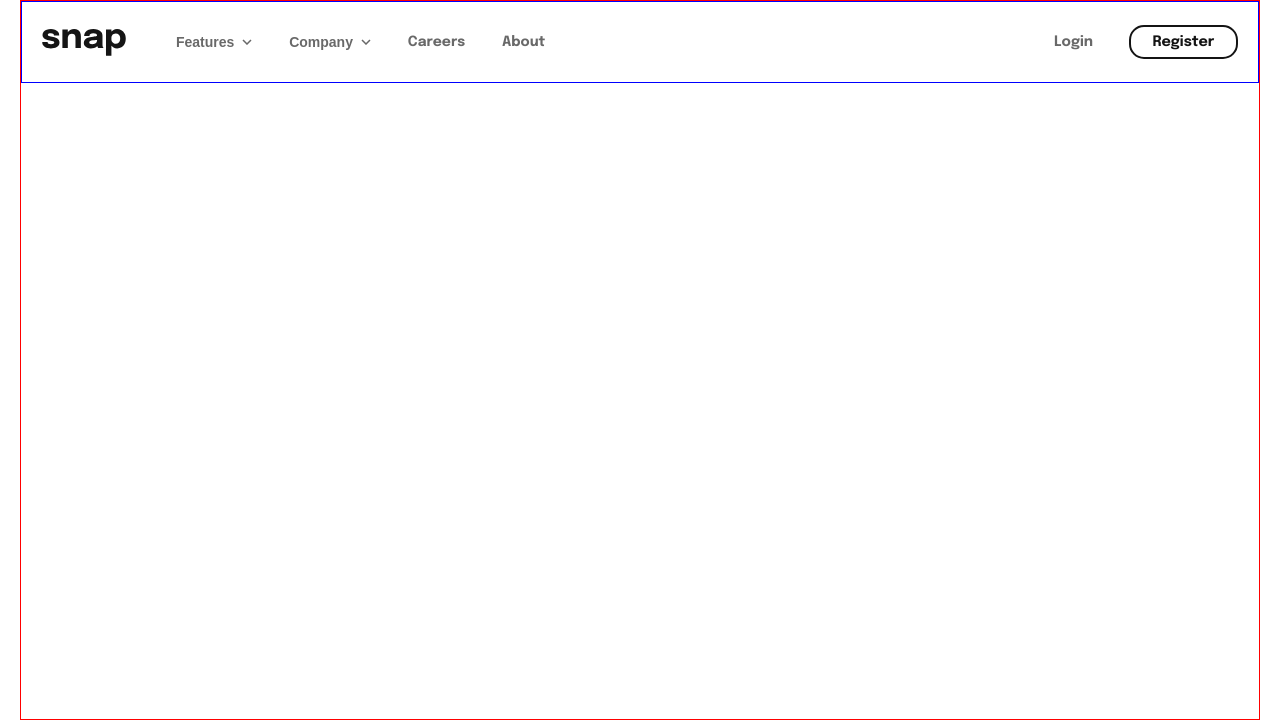
Repository: KamoliddinGIT/intro-section-with-dropdown
Page: index.html
An editor plug-in stored every save of this project. The page is shown before and after the next save, followed by the edit.
The browser window is 1280 px wide. The pictures show the whole page.

Above is the page before, as saved 2023-09-20 21:20:48.

After the next save:
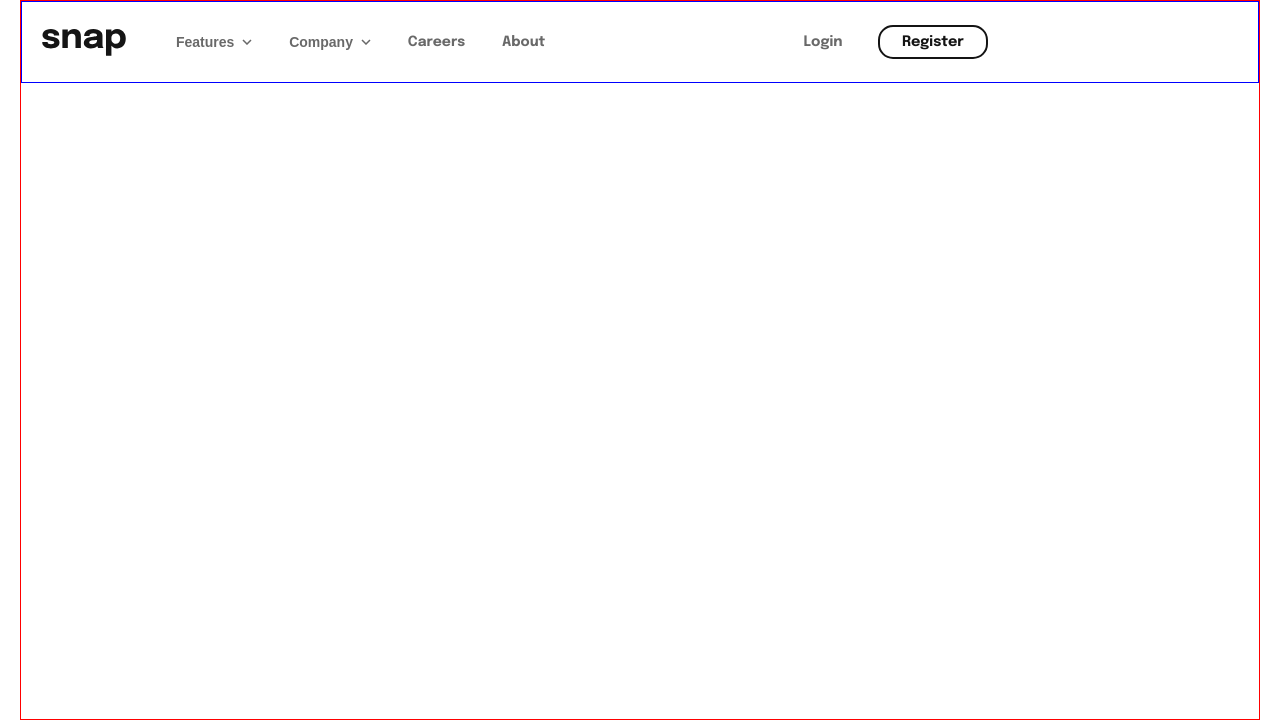
Saved 29 s later.
--- a/index.html
+++ b/index.html
@@ -68,6 +68,11 @@
             <a href="#" class="login">Login</a>
             <a href="#" class="register">Register</a>
           </div>
+          <div class="hamburgers" onclick="burger()">
+            <div class="burger__1" id="b1"></div>
+            <div class="burger__1" id="b2"></div>
+            <div class="burger__1" id="b3"></div>
+          </div>
         </div>
       </div>
     </div>

After the save that followed:
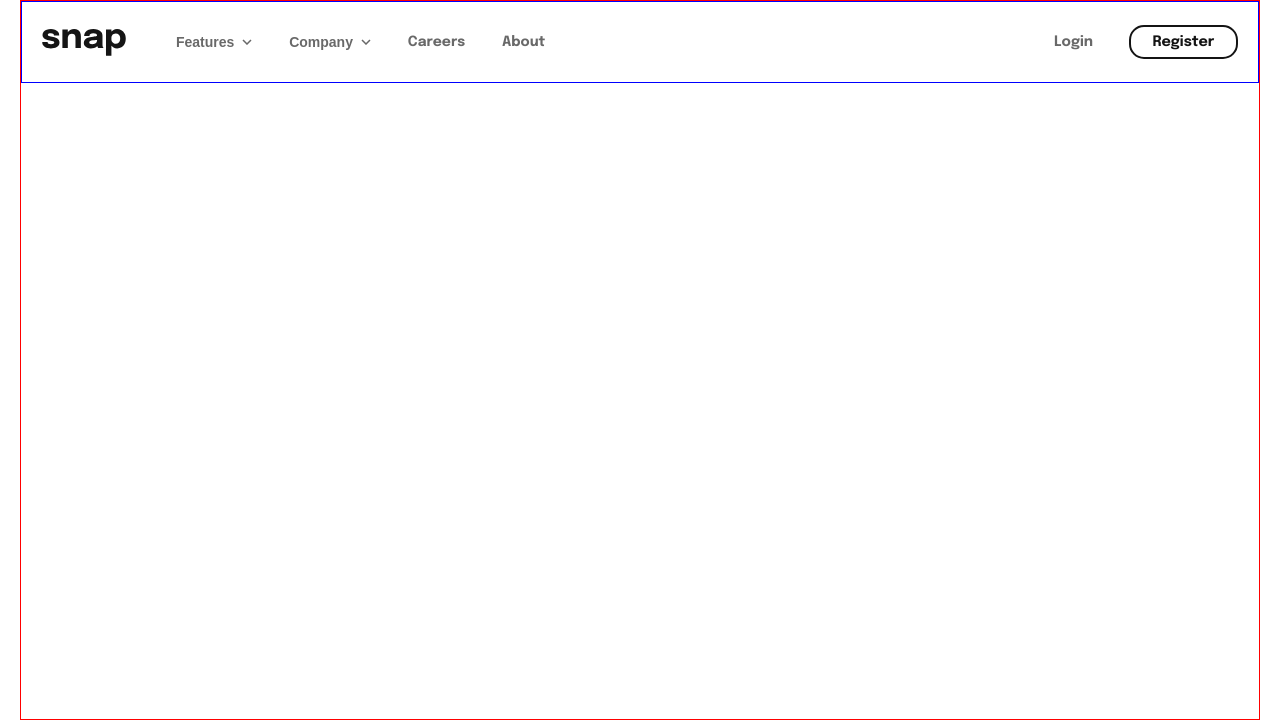
Saved 69 s later.
--- a/css/style.css
+++ b/css/style.css
@@ -189,6 +189,49 @@
   z-index: 1;
 }
 
+.hamburgers {
+  float: right;
+  display: none;
+  flex-direction: column;
+  justify-content: center;
+  align-items: center;
+  width: 50px;
+  height: 50px;
+  margin-right: 50px;
+  margin-top: 29px;
+  border: 3px solid #000;
+}
+.hamburgers:hover {
+  cursor: pointer;
+}
+.burger__1:nth-child(1) {
+  transition: all 1s ease-in-out;
+  width: 40px;
+  height: 2px;
+  border: 1px solid #000;
+  margin-top: 5px;
+  background-color: #000;
+}
+.burger__1:nth-child(3) {
+  transition: all 1s ease-in-out;
+  width: 40px;
+  height: 2px;
+  border: 1px solid #000;
+  margin-top: 5px;
+  background-color: #000;
+}
+.burger__1:first-child {
+  margin-top: 1px;
+}
+#b2 {
+  width: 40px;
+  height: 2px;
+  margin-top: 5px;
+  border: 1px solid #000;
+  transition: all 1s ease-in-out;
+  background-color: #000;
+}
+
 @media only screen and (max-width: 1100px) {
   .nav-items {
     display: none;
